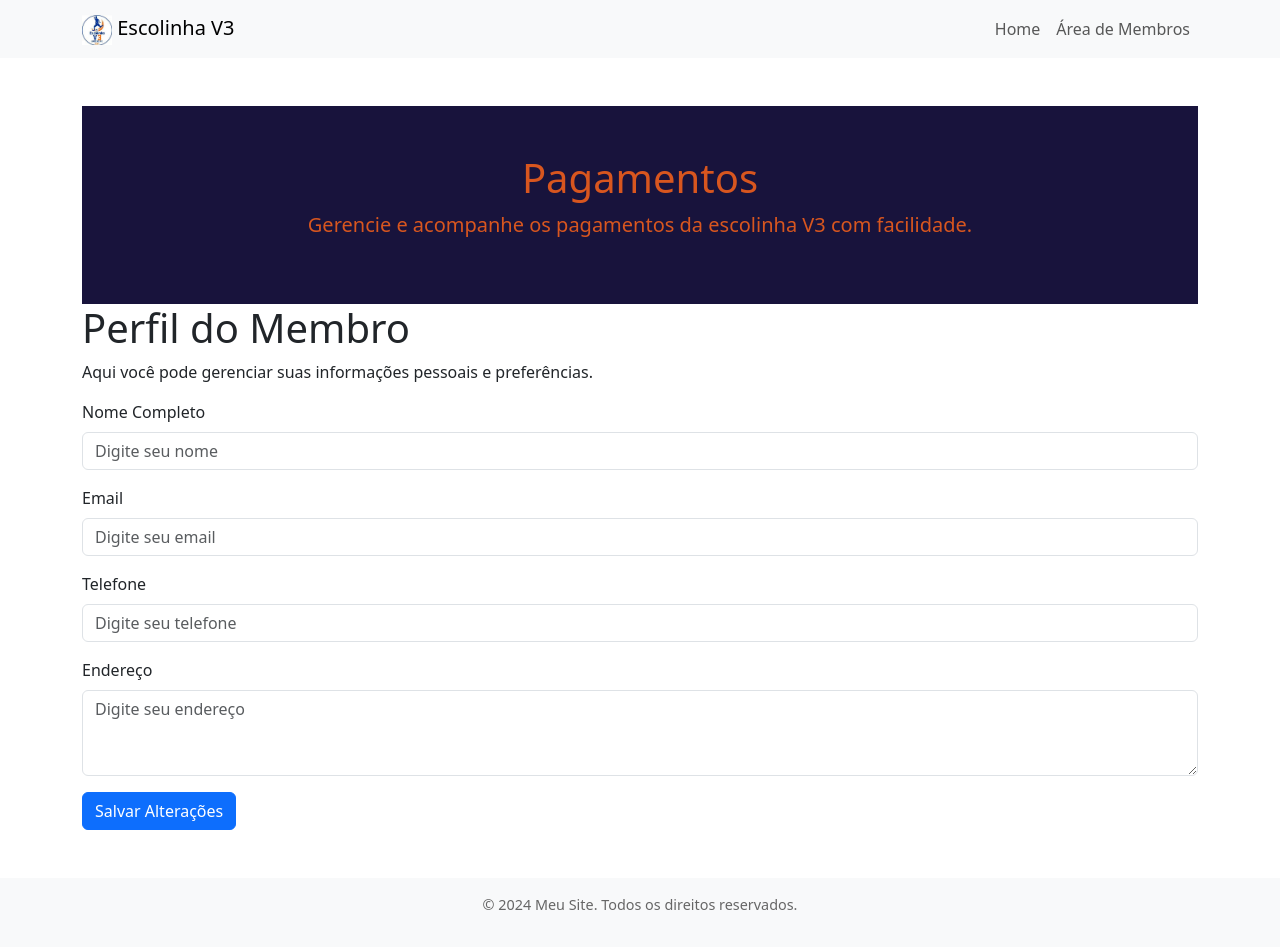
Repository: br-on/projeto-escolinhav3
Page: http://localhost/perfil
An editor plug-in stored every save of this project. The page is shown before and after the next save, followed by the edit.
The browser window is 1280 px wide. The pictures show the whole page.
The page is served by the project's application, run on Flask 3 (main.py).

Above is the page before, as saved 2024-11-15 11:17:25.

After the next save:
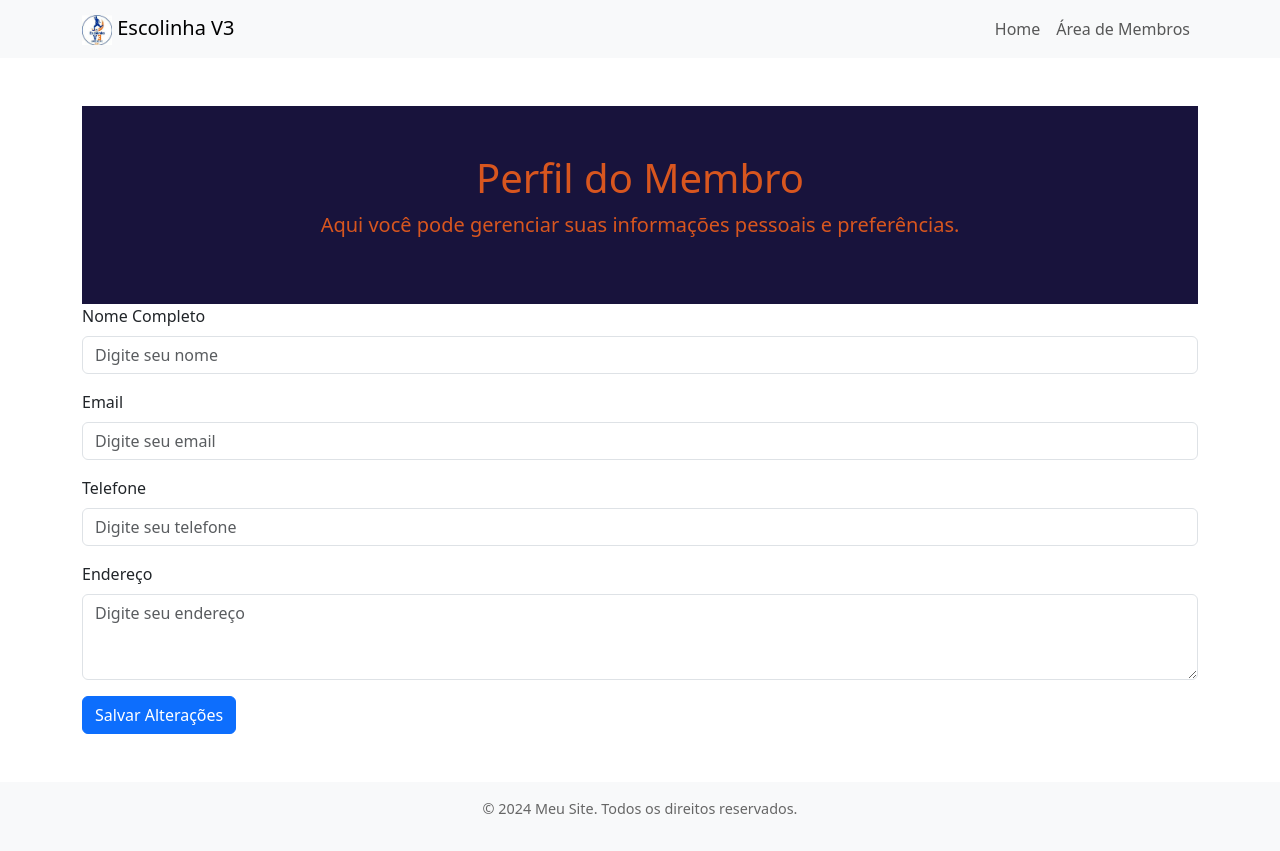
Saved 71 s later.
--- a/templates/perfil.html
+++ b/templates/perfil.html
@@ -33,12 +33,10 @@
     <main class="container my-5">
         <header class="bg-primary text-white text-center py-5">
             <div class="container">
-                <h1>Pagamentos</h1>
-                <p class="lead">Gerencie e acompanhe os pagamentos da escolinha V3 com facilidade.</p>
+                <h1>Perfil do Membro</h1>
+                <p class="lead">Aqui você pode gerenciar suas informações pessoais e preferências.</p>
             </div>
         </header>
-        <h1>Perfil do Membro</h1>
-        <p>Aqui você pode gerenciar suas informações pessoais e preferências.</p>
 
         <form>
             <div class="mb-3">
